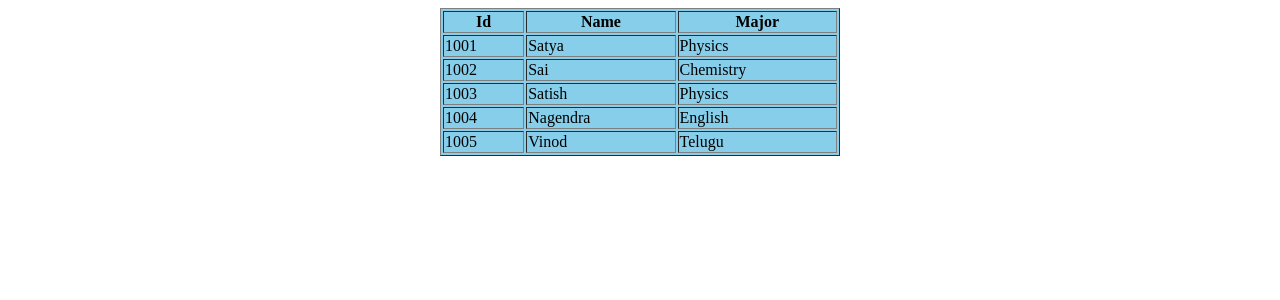
Repository: 1919satya/Mode2
Page: sample/sample/WebContent/table.html
These files come from the project's save history. The page is drawn as it stood at one moment and after the next save; the edit follows.
The browser window is 1280 px wide. The pictures show the whole page.

Above is the page before, as saved 2019-10-10 12:56:41.

After the next save:
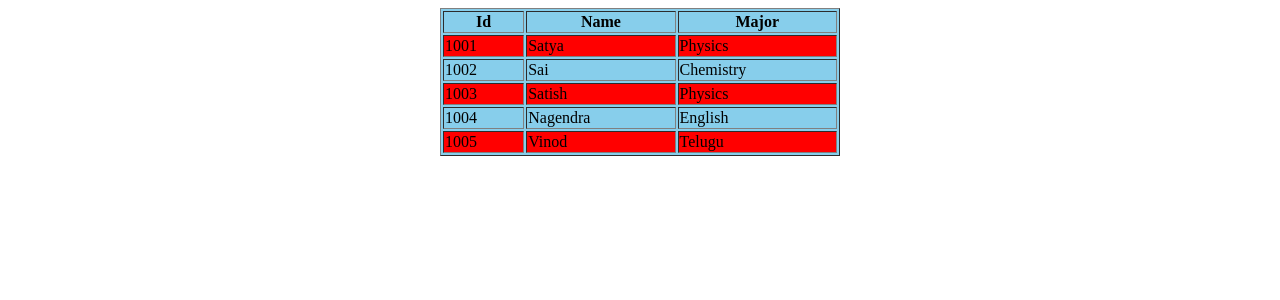
Saved 49 s later.
--- a/sample/sample/WebContent/table.html
+++ b/sample/sample/WebContent/table.html
@@ -4,6 +4,9 @@
 <style >
 tr:nth-child(even) {
 background: skyblue
+}
+tr:nth-child(even) {
+background: red
 }
 </style>
 <meta charset="ISO-8859-1">
